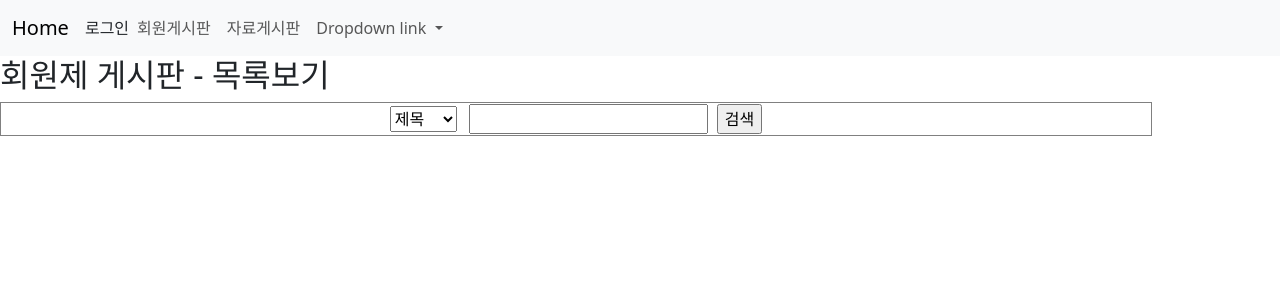
Repository: AHJ2616/Java
Page: http://localhost/board-jsp/08Board/List.jsp
An editor plug-in stored every save of this project. The page is shown before and after the next save, followed by the edit.
The browser window is 1280 px wide. The pictures show the whole page.
The page is served by Tomcat 9.

Above is the page before, as saved 2024-07-26 05:27:04.

After the next save:
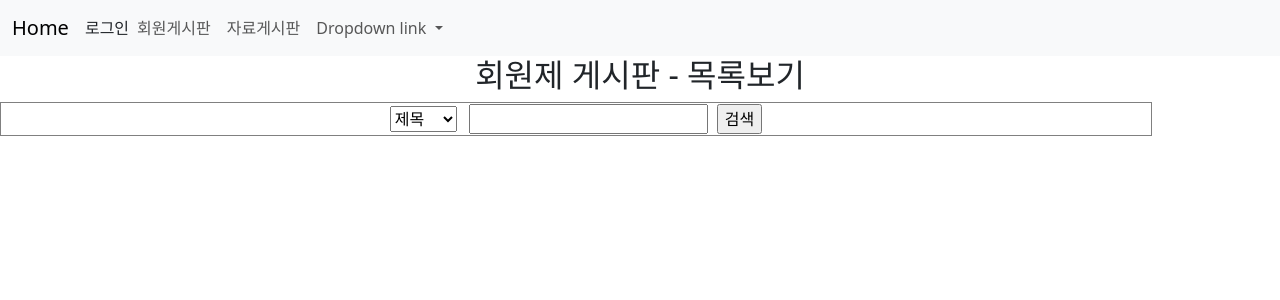
Saved 59 s later.
--- a/jsp_workspace/board-jsp/src/main/webapp/08Board/List.jsp
+++ b/jsp_workspace/board-jsp/src/main/webapp/08Board/List.jsp
@@ -8,7 +8,7 @@
 <jsp:include page="../Common/Link.jsp" />
 </head>
 <body>
-<h2>회원제 게시판 - 목록보기</h2>
+<h2 align="center">회원제 게시판 - 목록보기</h2>
 <form method="get" id="search" action="" >
 <table border="1" width="90%">
 	<tr>
